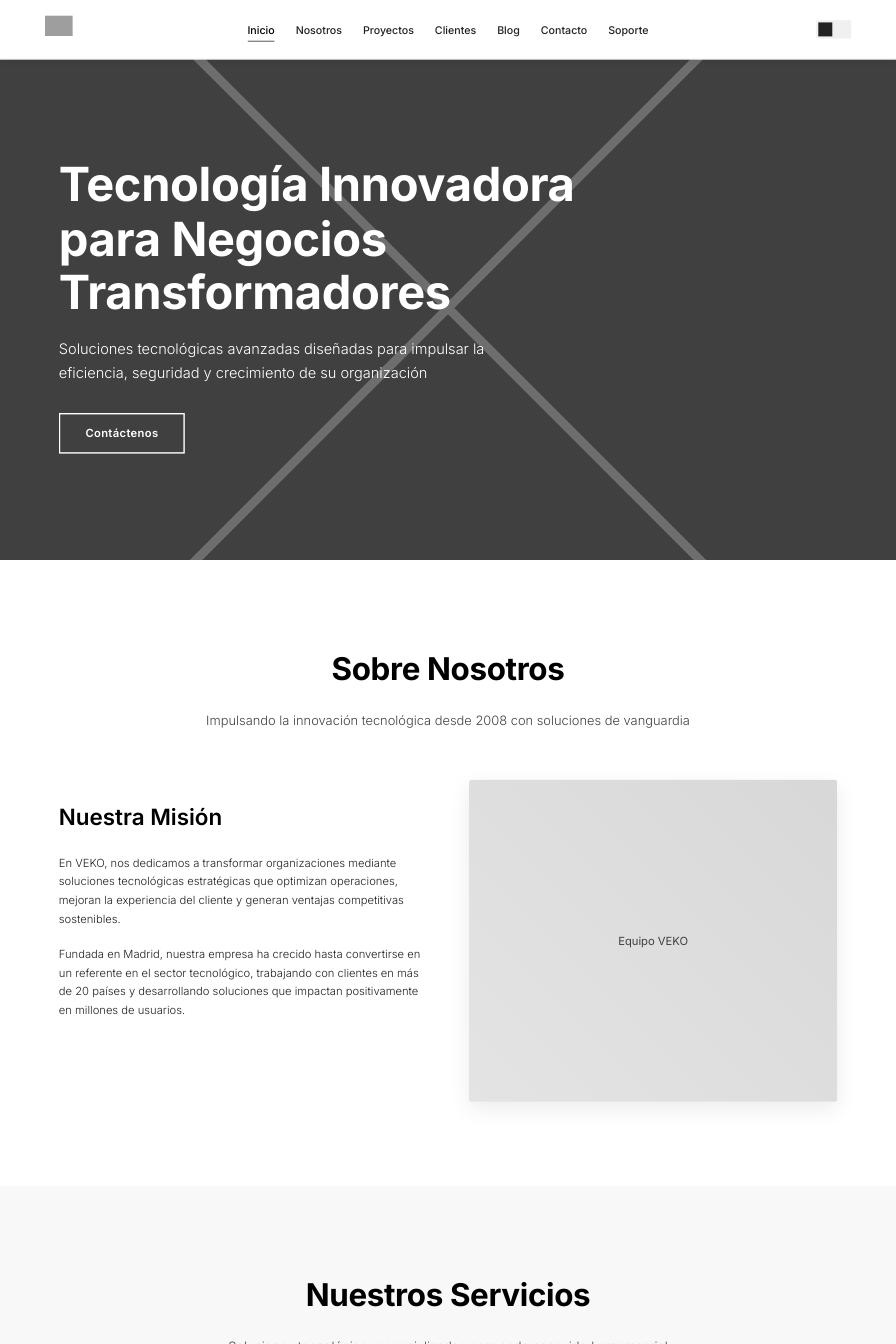
Repository: VEKO-Corp/veko-web
Page: index.html
An editor plug-in stored every save of this project. The page is shown before and after the next save, followed by the edit.
The browser window is 1280 px wide. The pictures show the part of the page from y = 0 to 1920 px (the page is 3566 px tall), at 70% of full size.
Pictures or frames that could not be fetched are drawn as grey boxes.

Above is the page before, as saved 2025-08-11 20:43:40.

### index.html
<!DOCTYPE html>
<html lang="es">
<head>
    <meta charset="UTF-8">
    <meta name="viewport" content="width=device-width, initial-scale=1.0">
    <title>VEKO - Soluciones Tecnológicas</title>
    <link href="https://fonts.googleapis.com/css2?family=Inter:wght@300;400;500;600;700&display=swap" rel="stylesheet">
    <link rel="stylesheet" href="css/style.css">
    <link rel="stylesheet" href="https://cdnjs.cloudflare.com/ajax/libs/font-awesome/6.4.0/css/all.min.css">

</head>
<body>
    <!-- Header con navegación -->
    <header>
        <div class="container header-container">
            <a href="index.html" class="logo">
                <img id="logo-image" src="img/logo-light.png" alt="VEKO">
            </a>
            <button class="mobile-menu-btn">☰</button>
            <nav>
                <ul>
                    <li><a href="index.html" class="active">Inicio</a></li>
                    <li><a href="nosotros.html">Nosotros</a></li>
                    <li><a href="proyectos.html">Proyectos</a></li>
                    <li><a href="clientes.html">Clientes</a></li>
                    <li><a href="blog.html">Blog</a></li>
                    <li><a href="contacto.html">Contacto</a></li>
                    <li><a href="soporte.html">Soporte</a></li>
                </ul>
            </nav>
            <div class="theme-toggle" id="themeToggle" aria-label="Cambiar tema">
                <div class="switch-handle"></div>
            </div>
        </div>
    </header>

    <!-- Banner Principal -->
    <section class="hero">
        <div class="container">
            <div class="hero-content">
                <h1>Tecnología Innovadora para Negocios Transformadores</h1>
                <p>Soluciones tecnológicas avanzadas diseñadas para impulsar la eficiencia, seguridad y crecimiento de su organización</p>
                <a href="contacto.html" class="btn">Contáctenos</a>
            </div>
        </div>
    </section>

    <!-- Sección Nosotros -->
    <section id="nosotros">
        <div class="container">
            <div class="section-title fade-in">
                <h2>Sobre Nosotros</h2>
                <p>Impulsando la innovación tecnológica desde 2008 con soluciones de vanguardia</p>
            </div>

            <div class="about-content">
                <div class="about-text fade-in delay-1">
                    <h3>Nuestra Misión</h3>
                    <p>En VEKO, nos dedicamos a transformar organizaciones mediante soluciones tecnológicas estratégicas que optimizan operaciones, mejoran la experiencia del cliente y generan ventajas competitivas sostenibles.</p>
                    <p>Fundada en Madrid, nuestra empresa ha crecido hasta convertirse en un referente en el sector tecnológico, trabajando con clientes en más de 20 países y desarrollando soluciones que impactan positivamente en millones de usuarios.</p>
                    <a href="nosotros.html" class="btn">Conocer más</a>
                </div>
                <div class="about-image fade-in delay-2">
                    Equipo VEKO
                </div>
            </div>
        </div>
    </section>

    <!-- Sección Servicios -->
    <section id="servicios" style="background-color: var(--bg-secondary);">
        <div class="container">
            <div class="section-title fade-in">
                <h2>Nuestros Servicios</h2>
                <p>Soluciones tecnológicas especializadas para cada necesidad empresarial</p>
            </div>

            <div class="services-grid">
                <div class="service-card fade-in delay-1">
                    <div class="service-icon">D</div>
                    <h3>Desarrollo de Software</h3>
                    <p>Soluciones personalizadas, aplicaciones empresariales y sistemas a medida diseñados para optimizar sus procesos operativos.</p>
                </div>

                <div class="service-card fade-in delay-2">
                    <div class="service-icon">C</div>
                    <h3>Cloud Computing</h3>
                    <p>Migración, implementación y gestión de infraestructuras en la nube para máxima escalabilidad y eficiencia operativa.</p>
                </div>

                <div class="service-card fade-in delay-3">
                    <div class="service-icon">I</div>
                    <h3>Inteligencia Artificial</h3>
                    <p>Implementación de soluciones de IA y machine learning para análisis predictivo y automatización inteligente.</p>
                </div>

                <div class="service-card fade-in delay-1">
                    <div class="service-icon">S</div>
                    <h3>Ciberseguridad</h3>
                    <p>Protección integral de activos digitales, auditorías de seguridad y planes de continuidad de negocio.</p>
                </div>

                <div class="service-card fade-in delay-2">
                    <div class="service-icon">U</div>
                    <h3>Experiencia de Usuario</h3>
                    <p>Diseño de interfaces centradas en el usuario que mejoran la interacción y satisfacción del cliente.</p>
                </div>

                <div class="service-card fade-in delay-3">
                    <div class="service-icon">A</div>
                    <h3>Análisis de Datos</h3>
                    <p>Transformación de datos en información estratégica para la toma de decisiones basada en evidencia.</p>
                </div>
            </div>
        </div>
    </section>

    <!-- Footer -->
    <footer>
        <div class="container">
            <div class="footer-content">
                <div class="footer-column fade-in">
                    <div class="logo-footer">
                        <img id="footer-logo" src="img/logo-light.png" alt="VEKO">
                    </div>
                    <p>Soluciones tecnológicas innovadoras para transformar su negocio y mejorar la experiencia de sus clientes.</p>
                    <div class="social-icons">
                        <a href="https://instagram.com" class="social-icon" target="_blank" rel="noopener">
                        <i class="fab fa-instagram"></i>
                        </a>
                        <a href="https://twitter.com" class="social-icon" target="_blank" rel="noopener">
                        <i class="fab fa-twitter"></i>
                        </a>
                        <a href="https://discord.gg/Fd7Y59jMyu" class="social-icon" target="_blank" rel="noopener">
                        <i class="fab fa-discord"></i>
                        </a>
                    </div>
                </div>

                <div class="footer-column fade-in delay-1">
                    <h3>Enlaces</h3>
                    <a href="index.html">Inicio</a>
                    <a href="nosotros.html">Nosotros</a>
                    <a href="contacto.html">Contacto</a>
                </div>

                <div class="footer-column fade-in delay-2">
                    <h3>Legal</h3>
                    <a href="terminos-y-condiciones-de-uso.html">Terminos y Condiciones de Uso</a>
                    <a href="politica-de-privacidad.html">Politica de Privacidad</a>
                    <a href="aviso-legal.html">Aviso Legal</a>
                </div>

                <div class="footer-column fade-in delay-3">
                    <h3>Contacto</h3>
                    <p>Córdoba, Argentina</p>
                    <p>veko.corp@tuta.io</p>
                    <a href="soporte.html">Soporte Técnico</a>
                </div>
            </div>

            <div class="footer-bottom fade-in delay-4">
                <p>&copy; 2025 VEKO Corp. Todos los derechos reservados.</p>
            </div>
        </div>
    </footer>

    <script src="js/script.js"></script>
</body>
</html>

### css/style.css
:root {
    /* Variables para modo claro */
    --bg-primary: #FFFFFF;
    --bg-secondary: #F8F8F8;
    --bg-tertiary: #F0F0F0;
    --text-primary: #000000;
    --text-secondary: #222222;
    --text-tertiary: #444444;
    --accent: #888888;
    --accent-light: #CCCCCC;
    --border: #DDDDDD;
    --button-bg: #222222;
    --button-text: #FFFFFF;
    --shadow: rgba(0, 0, 0, 0.08);
    --overlay: rgba(0, 0, 0, 0.5);
}

.dark-mode {
    /* Variables para modo oscuro */
    --bg-primary: #000000;
    --bg-secondary: #111111;
    --bg-tertiary: #1A1A1A;
    --text-primary: #FFFFFF;
    --text-secondary: #E0E0E0;
    --text-tertiary: #AAAAAA;
    --accent: #777777;
    --accent-light: #333333;
    --border: #333333;
    --button-bg: #EEEEEE;
    --button-text: #000000;
    --shadow: rgba(255, 255, 255, 0.05);
    --overlay: rgba(0, 0, 0, 0.7);
}

* {
    margin: 0;
    padding: 0;
    box-sizing: border-box;
    transition: background-color 0.4s ease, color 0.4s ease, border-color 0.4s ease, transform 0.4s cubic-bezier(0.25, 0.46, 0.45, 0.94);
}

body {
    font-family: 'Inter', sans-serif;
    background-color: var(--bg-primary);
    color: var(--text-primary);
    line-height: 1.65;
    overflow-x: hidden;
    -webkit-font-smoothing: antialiased;
    -moz-osx-font-smoothing: grayscale;
}

.container {
    width: 90%;
    max-width: 1280px;
    margin: 0 auto;
    padding: 0 20px;
}

/* Header y navegación */
header {
    position: fixed;
    top: 0;
    left: 0;
    width: 100%;
    background-color: var(--bg-primary);
    border-bottom: 1px solid var(--border);
    z-index: 1000;
    transition: all 0.4s ease;
    box-shadow: 0 2px 10px var(--shadow);
}

header.scrolled {
    box-shadow: 0 6px 20px var(--shadow);
}

.header-container {
    display: flex;
    justify-content: space-between;
    align-items: center;
    padding: 18px 0;
}

.logo {
    font-size: 1.8rem;
    font-weight: 700;
    color: var(--text-primary);
    text-decoration: none;
    letter-spacing: -0.5px;
}

.logo span {
    font-weight: 300;
}

/* Estilos para logos */
.header-container .logo img {
    height: 30px;
    width: auto;
    transition: all 0.4s ease;
}

.footer-column .logo-footer img {
    height: 35px;
    width: auto;
    margin-bottom: 25px;
}

nav ul {
    display: flex;
    list-style: none;
}

nav ul li {
    margin-left: 30px;
}

nav ul li a {
    color: var(--text-secondary);
    text-decoration: none;
    font-weight: 500;
    font-size: 0.95rem;
    position: relative;
    padding: 8px 0;
    transition: color 0.3s ease;
}

nav ul li a:after {
    content: '';
    position: absolute;
    bottom: 0;
    left: 0;
    width: 0;
    height: 2px;
    background-color: var(--accent);
    transition: width 0.4s cubic-bezier(0.22, 0.61, 0.36, 1);
}

nav ul li a:hover:after,
nav ul li a.active:after {
    width: 100%;
}

nav ul li a:hover,
nav ul li a.active {
    color: var(--text-primary);
}

.theme-toggle {
    position: relative;
    width: 50px;
    height: 26px;
    background-color: var(--bg-tertiary);
    border-radius: 2px;
    cursor: pointer;
    overflow: hidden;
    margin-left: 20px;
}

.switch-handle {
    position: absolute;
    top: 3px;
    left: 3px;
    width: 20px;
    height: 20px;
    background-color: var(--button-bg);
    transition: all 0.4s cubic-bezier(0.22, 0.61, 0.36, 1);
}

.dark-mode .switch-handle {
    transform: translateX(24px);
}

.mobile-menu-btn {
    display: none;
    background: none;
    border: none;
    font-size: 1.5rem;
    color: var(--text-primary);
    cursor: pointer;
    padding: 5px;
}

/* Banner principal */
.hero {
    height: 100vh;
    display: flex;
    align-items: center;
    background:
        linear-gradient(var(--overlay), var(--overlay)),
        url('data:[embedded picture, 230 characters]');
    background-size: cover;
    background-position: center;
    position: relative;
    margin-top: 80px;
}

.hero-content {
    max-width: 780px;
    color: white;
    transform: translateY(30px);
    opacity: 0;
    animation: fadeUp 1s forwards 0.3s;
}

.hero h1 {
    font-size: 4.2rem;
    font-weight: 700;
    margin-bottom: 25px;
    line-height: 1.15;
    letter-spacing: -0.5px;
}

.hero p {
    font-size: 1.3rem;
    margin-bottom: 40px;
    max-width: 650px;
    font-weight: 300;
}

/* Botones con animación de relleno */
.btn {
    display: inline-block;
    position: relative;
    background-color: transparent;
    color: var(--button-text);
    padding: 14px 36px;
    border-radius: 0;
    text-decoration: none;
    font-weight: 600;
    font-size: 1rem;
    letter-spacing: 0.5px;
    border: 2px solid var(--button-text);
    overflow: hidden;
    z-index: 1;
    transition: color 0.4s ease;
}

.btn:before {
    content: '';
    position: absolute;
    top: 0;
    left: 0;
    width: 0;
    height: 100%;
    background: var(--button-text);
    transition: width 0.5s cubic-bezier(0.22, 0.61, 0.36, 1);
    z-index: -1;
}

.btn:hover:before {
    width: 100%;
}

.btn:hover {
    color: var(--button-bg);
}

/* Secciones comunes */
section {
    padding: 120px 0;
}

.section-title {
    text-align: center;
    margin-bottom: 70px;
}

.section-title h2 {
    font-size: 2.8rem;
    font-weight: 700;
    margin-bottom: 20px;
    color: var(--text-primary);
    letter-spacing: -0.5px;
}

.section-title p {
    font-size: 1.15rem;
    color: var(--text-tertiary);
    max-width: 700px;
    margin: 0 auto;
    font-weight: 300;
}

/* Sección Nosotros */
.about-content {
    display: flex;
    gap: 60px;
    align-items: center;
}

.about-text {
    flex: 1;
}

.about-text h3 {
    font-size: 2rem;
    margin-bottom: 25px;
    color: var(--text-primary);
    font-weight: 600;
}

.about-text p {
    margin-bottom: 25px;
    color: var(--text-secondary);
    font-weight: 300;
}

.about-image {
    flex: 1;
    height: 460px;
    background-color: var(--bg-tertiary);
    display: flex;
    align-items: center;
    justify-content: center;
    color: var(--text-tertiary);
    border-radius: 4px;
    overflow: hidden;
    position: relative;
    box-shadow: 0 10px 30px var(--shadow);
}

.about-image:after {
    content: '';
    position: absolute;
    top: 0;
    left: 0;
    width: 100%;
    height: 100%;
    background: linear-gradient(45deg, rgba(0,0,0,0.05), rgba(0,0,0,0.1));
}

/* Sección Servicios */
.services-grid {
    display: grid;
    grid-template-columns: repeat(auto-fill, minmax(320px, 1fr));
    gap: 40px;
}

.service-card {
    background-color: var(--bg-secondary);
    border-radius: 4px;
    padding: 40px 30px;
    text-align: center;
    position: relative;
    overflow: hidden;
    border: 1px solid var(--border);
    transition: transform 0.4s ease, box-shadow 0.4s ease;
}

.service-card:hover {
    transform: translateY(-10px);
    box-shadow: 0 15px 40px var(--shadow);
}

.service-icon {
    width: 90px;
    height: 90px;
    background-color: var(--bg-tertiary);
    border-radius: 4px;
    margin: 0 auto 25px;
    display: flex;
    align-items: center;
    justify-content: center;
    color: var(--accent);
    font-size: 2.2rem;
    font-weight: 300;
    transition: transform 0.4s ease;
}

.service-card:hover .service-icon {
    transform: scale(1.1);
}

.service-card h3 {
    font-size: 1.4rem;
    margin-bottom: 20px;
    color: var(--text-primary);
    font-weight: 600;
}

.service-card p {
    color: var(--text-secondary);
    font-size: 1rem;
    font-weight: 300;
    max-width: 300px;
    margin: 0 auto;
}

/* Sección Equipo */
.team-grid {
    display: grid;
    grid-template-columns: repeat(auto-fill, minmax(260px, 1fr));
    gap: 35px;
    margin-top: 60px;
}

.team-member {
    background-color: var(--bg-secondary);
    border-radius: 4px;
    overflow: hidden;
    text-align: center;
    position: relative;
    box-shadow: 0 5px 20px var(--shadow);
    transition: transform 0.4s ease;
}

.team-member:hover {
    transform: translateY(-10px);
}

.member-photo {
    height: 280px;
    background-color: var(--bg-tertiary);
    display: flex;
    align-items: center;
    justify-content: center;
    color: var(--text-tertiary);
    font-size: 1.1rem;
    position: relative;
}

.member-photo:after {
    content: '';
    position: absolute;
    bottom: 0;
    left: 0;
    width: 100%;
    height: 40%;
    background: linear-gradient(to top, rgba(0,0,0,0.2), transparent);
}

.member-info {
    padding: 25px 20px;
}

.member-info h4 {
    font-size: 1.25rem;
    margin-bottom: 8px;
    color: var(--text-primary);
    font-weight: 600;
}

.member-info p {
    color: var(--accent);
    font-size: 0.95rem;
    font-weight: 400;
}

/* Footer */
footer {
    background-color: var(--bg-secondary);
    padding: 90px 0 40px;
    border-top: 1px solid var(--border);
}

.footer-content {
    display: grid;
    grid-template-columns: repeat(auto-fit, minmax(260px, 1fr));
    gap: 50px;
    margin-bottom: 60px;
}

.footer-column h3 {
    font-size: 1.4rem;
    margin-bottom: 25px;
    color: var(--text-primary);
    font-weight: 600;
}

.footer-column p, .footer-column a {
    color: var(--text-secondary);
    margin-bottom: 12px;
    display: block;
    text-decoration: none;
    transition: color 0.3s ease;
    font-weight: 300;
}

.footer-column a:hover {
    color: var(--text-primary);
}

.social-icons {
    display: flex;
    gap: 15px;
    margin-top: 25px;
}

.social-icon {
    width: 42px;
    height: 42px;
    border-radius: 0;
    background-color: var(--bg-tertiary);
    display: flex;
    align-items: center;
    justify-content: center;
    color: var(--text-primary);
    text-decoration: none;
    transition: all 0.4s ease;
    font-size: 1.1rem;
    position: relative;
    overflow: hidden;
    z-index: 1;
}

.social-icon:before {
    content: '';
    position: absolute;
    top: 0;
    left: 0;
    width: 0;
    height: 100%;
    background: var(--accent-light);
    transition: width 0.4s ease;
    z-index: -1;
}

.social-icon:hover:before {
    width: 100%;
}

.footer-bottom {
    text-align: center;
    padding-top: 35px;
    border-top: 1px solid var(--border);
    color: var(--text-tertiary);
    font-size: 0.95rem;
    font-weight: 300;
}

/* Animaciones */
@keyframes fadeUp {
    from {
        opacity: 0;
        transform: translateY(30px);
    }
    to {
        opacity: 1;
        transform: translateY(0);
    }
}

.fade-in {
    opacity: 0;
    transform: translateY(30px);
    transition: opacity 0.8s ease, transform 0.8s ease;
}

.fade-in.appear {
    opacity: 1;
    transform: translateY(0);
}

.delay-1 { transition-delay: 0.1s; }
.delay-2 { transition-delay: 0.2s; }
.delay-3 { transition-delay: 0.3s; }
.delay-4 { transition-delay: 0.4s; }
.delay-5 { transition-delay: 0.5s; }

/* Responsive */
@media (max-width: 1200px) {
    .hero h1 {
        font-size: 3.6rem;
    }
}

@media (max-width: 992px) {
    .hero h1 {
        font-size: 3.2rem;
    }

    .about-content {
        flex-direction: column;
    }

    .about-image {
        width: 100%;
        height: 380px;
    }

    section {
        padding: 90px 0;
    }
}

@media (max-width: 768px) {
    .mobile-menu-btn {
        display: block;
    }

    nav {
        position: fixed;
        top: 80px;
        left: 0;
        width: 100%;
        background-color: var(--bg-primary);
        border-top: 1px solid var(--border);
        border-bottom: 1px solid var(--border);
        height: 0;
        overflow: hidden;
        transition: height 0.4s ease;
    }

    nav.active {
        height: auto;
        padding: 20px 0;
    }

    nav ul {
        flex-direction: column;
        align-items: center;
    }

    nav ul li {
        margin: 12px 0;
    }

    .hero h1 {
        font-size: 2.8rem;
    }

    .hero p {
        font-size: 1.15rem;
    }

    .section-title h2 {
        font-size: 2.4rem;
    }
}

@media (max-width: 576px) {
    .hero h1 {
        font-size: 2.4rem;
    }

    .section-title h2 {
        font-size: 2rem;
    }

    .btn {
        padding: 12px 28px;
    }
}

### js/script.js
// URLs de los logos
const logoLight = 'https://i.imgur.com/SGKpW2X.png';
const logoDark = 'https://i.imgur.com/OcqHPX8.png';

// Función para actualizar logos según el tema
function updateLogos() {
    const isDarkMode = document.body.classList.contains('dark-mode');
    const headerLogo = document.getElementById('logo-image');
    const footerLogo = document.getElementById('footer-logo');

    if (headerLogo) {
        headerLogo.src = isDarkMode ? logoDark : logoLight;
    }

    if (footerLogo) {
        footerLogo.src = isDarkMode ? logoDark : logoLight;
    }
}

// Gestión del modo claro/oscuro
const themeToggle = document.getElementById('themeToggle');
const body = document.body;

// Comprobar preferencia almacenada
const savedTheme = localStorage.getItem('theme');
if (savedTheme === 'dark') {
    body.classList.add('dark-mode');
}
updateLogos(); // Actualizar logos según el tema inicial

themeToggle.addEventListener('click', () => {
    body.classList.toggle('dark-mode');

    if (body.classList.contains('dark-mode')) {
        localStorage.setItem('theme', 'dark');
    } else {
        localStorage.setItem('theme', 'light');
    }

    updateLogos(); // Actualizar logos al cambiar el tema
});

// Menú móvil
const mobileMenuBtn = document.querySelector('.mobile-menu-btn');
const nav = document.querySelector('nav');

mobileMenuBtn.addEventListener('click', () => {
    nav.classList.toggle('active');
});

// Efecto sticky header al hacer scroll
const header = document.querySelector('header');

window.addEventListener('scroll', () => {
    if (window.scrollY > 100) {
        header.classList.add('scrolled');
    } else {
        header.classList.remove('scrolled');
    }
});

// Animaciones al hacer scroll
const fadeElements = document.querySelectorAll('.fade-in');

const appearOnScroll = new IntersectionObserver((entries) => {
    entries.forEach(entry => {
        if (entry.isIntersecting) {
            entry.target.classList.add('appear');
            appearOnScroll.unobserve(entry.target);
        }
    });
}, {
    threshold: 0.15,
    rootMargin: '0px 0px -50px 0px'
});

fadeElements.forEach(element => {
    appearOnScroll.observe(element);
});

// Cambiar clase activa en navegación
const navLinks = document.querySelectorAll('nav a');
const currentPage = window.location.pathname.split('/').pop();

navLinks.forEach(link => {
    if (link.getAttribute('href') === currentPage) {
        link.classList.add('active');
    }

    link.addEventListener('click', function() {
        navLinks.forEach(l => l.classList.remove('active'));
        this.classList.add('active');

        // Cerrar menú móvil si está abierto
        if (nav.classList.contains('active')) {
            nav.classList.remove('active');
        }
    });
});

// Animación de carga inicial
document.addEventListener('DOMContentLoaded', function() {
    setTimeout(() => {
        document.body.classList.add('loaded');
    }, 200);
});

After the next save:
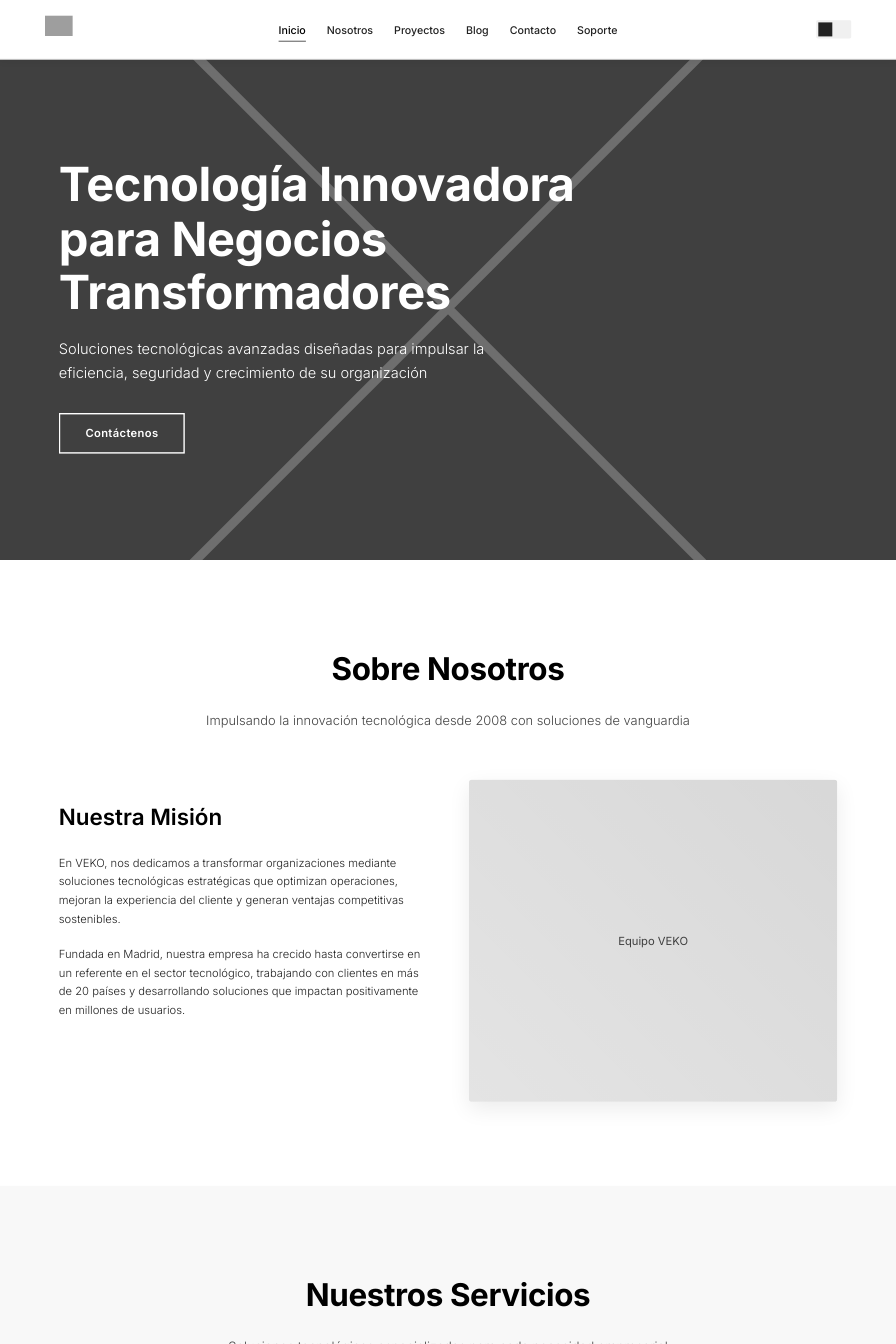
Saved 2 min 18 s later.
--- a/index.html
+++ b/index.html
@@ -22,7 +22,6 @@
                     <li><a href="index.html" class="active">Inicio</a></li>
                     <li><a href="nosotros.html">Nosotros</a></li>
                     <li><a href="proyectos.html">Proyectos</a></li>
-                    <li><a href="clientes.html">Clientes</a></li>
                     <li><a href="blog.html">Blog</a></li>
                     <li><a href="contacto.html">Contacto</a></li>
                     <li><a href="soporte.html">Soporte</a></li>
